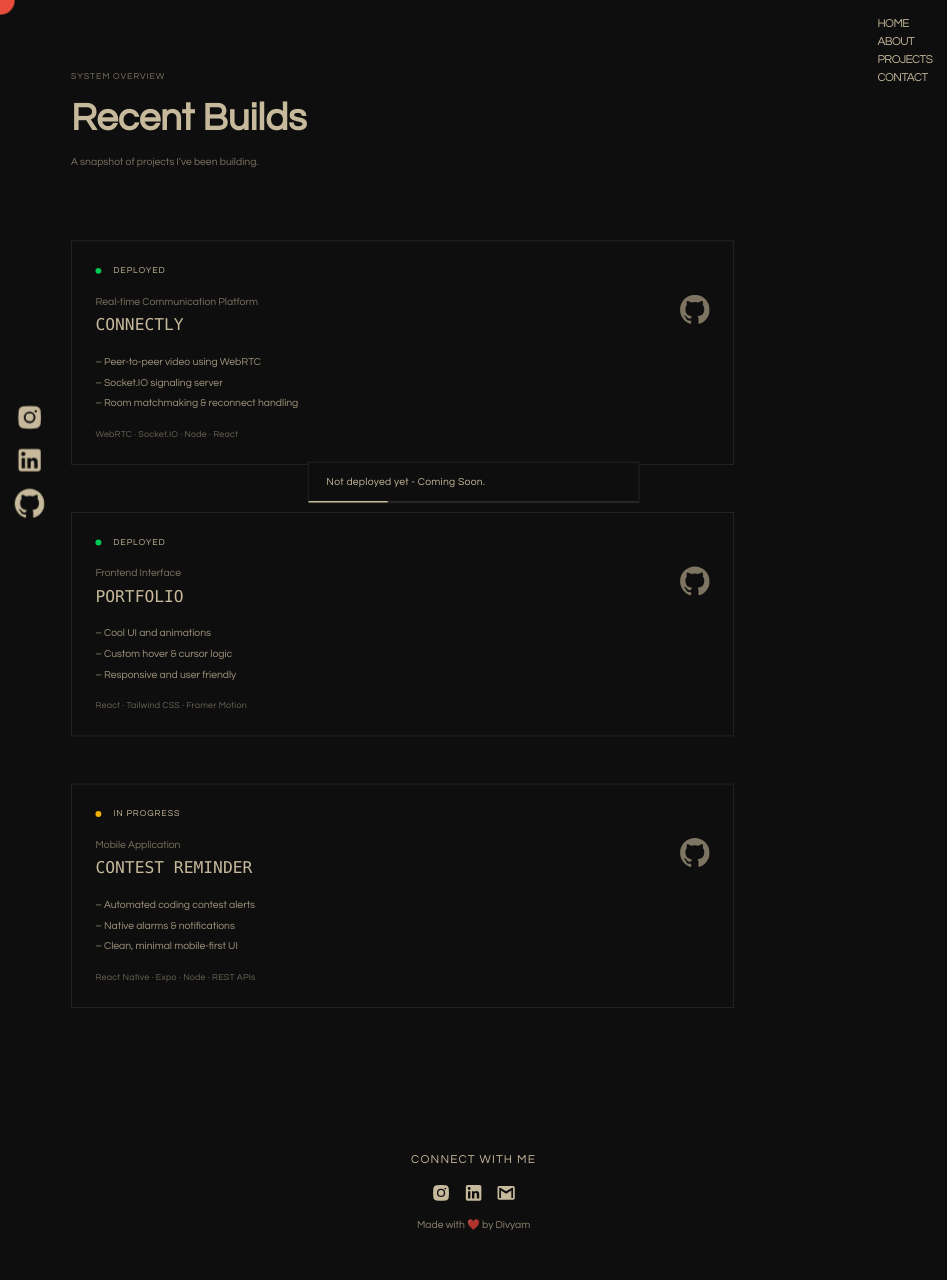
Repository: divyamGNH/DivyamPF
Page: /projects, after clicking the first element matching `div.space-y-16 > :nth-child(3)`
The author's editor kept a copy of each file at every save. The page is drawn from the files as they stood at one save, then again after the next save.
The browser window is 1280 px wide. The pictures show the whole page, at 74% of full size.
The project was rebuilt for these pictures with package versions that can differ from the ones it lists, and the page was loaded fresh each time. Also part of the build but not shown: vite.config.js, src/App.css, src/components/MaskLayer.jsx, src/pages/Landing.jsx, src/pages/topProjects.jsx, src/animations/ScrolltoAnimate.jsx, src/pages/Home.jsx, src/pages/AboutLanding.jsx and 3 more.

Above is the page before, as saved 2025-12-21 03:39:31.

After the next save:
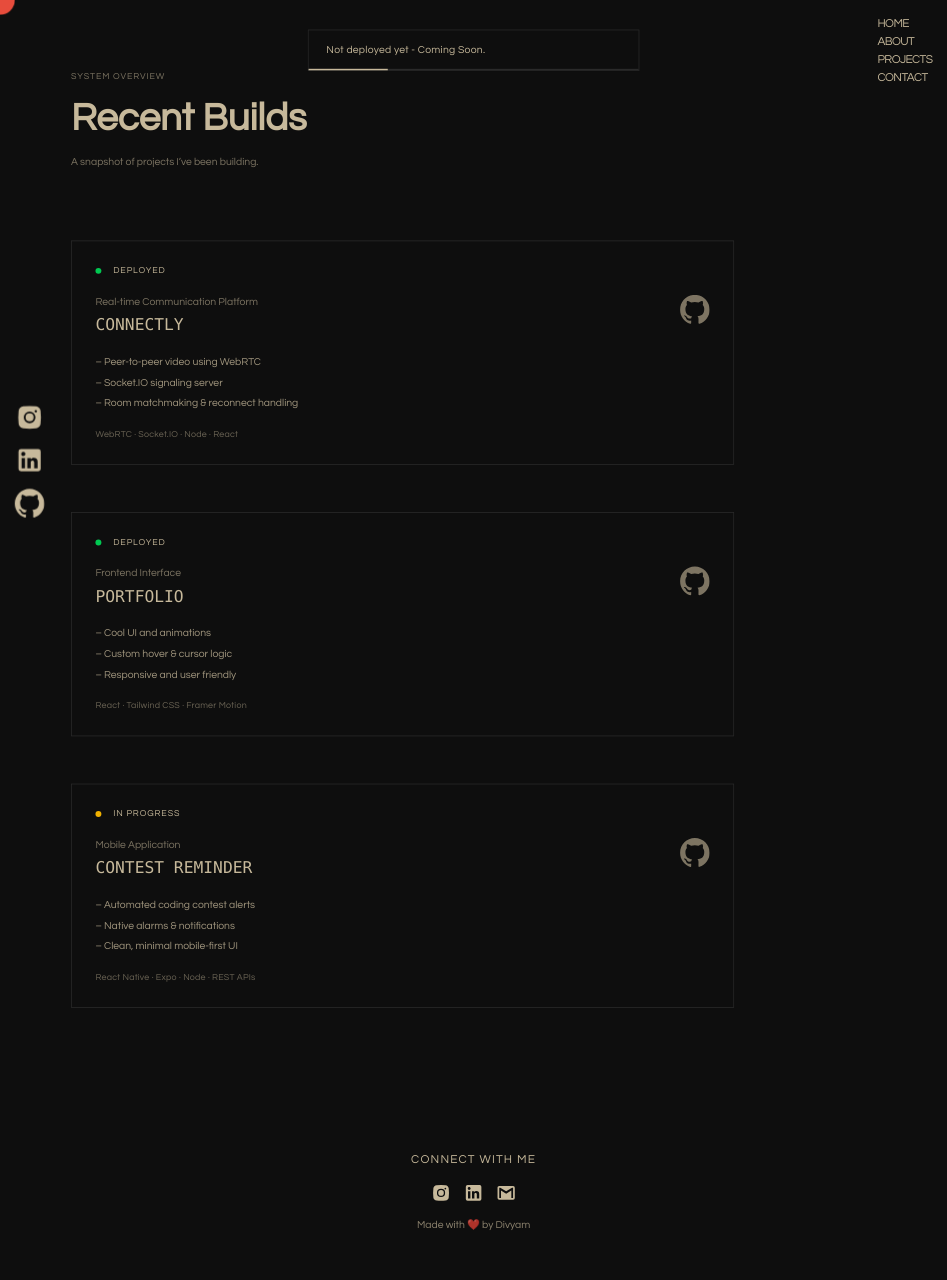
Saved 2 min 38 s later.
--- a/src/pages/ProjectLanding.jsx
+++ b/src/pages/ProjectLanding.jsx
@@ -110,10 +110,10 @@ const ProjectLanding = () => {
     <>
       {/* POPUP */}
       {showPopup && (
-        <div className="fixed inset-0 flex items-end justify-center pointer-events-none z-100">
+        <div className="fixed inset-0 flex items-start justify-center pointer-events-none z-100">
           <div
             className="
-              mb-10
+              mt-10
               w-[90%] max-w-md
               border border-[#2A2A2A]
               bg-[#0E0E0E]
